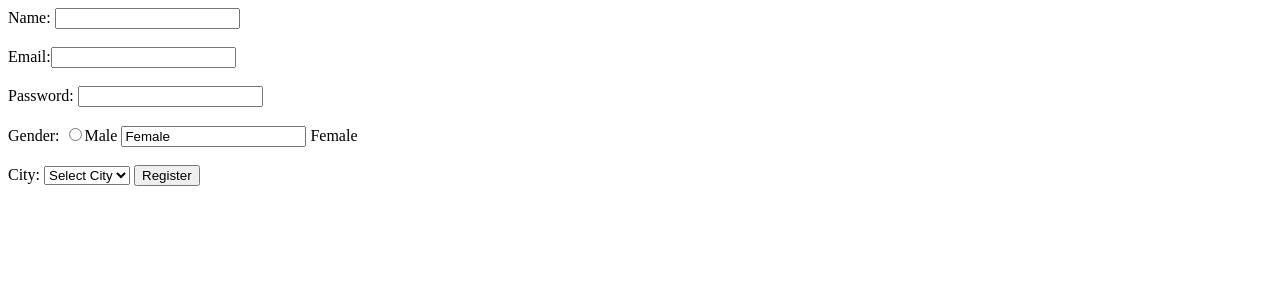
Repository: Ajay9554/javaPrograms
Page: http://localhost/RegisterLogin/
The author's editor kept a copy of each file at every save. The page is drawn from the files as they stood at one save, then again after the next save.
The browser window is 1280 px wide. The pictures show the whole page.
The page is served by Tomcat 9. Other server files are loaded and not shown.

Above is the page before, as saved 2023-10-16 20:41:39.

### eclipse-workspace/aug1pro/RegisterLogin/src/main/webapp/index.jsp
<%@ page language="java" contentType="text/html; charset=UTF-8"
    pageEncoding="UTF-8"%>
<!DOCTYPE html>
<html>
<head>
<meta charset="UTF-8">
<title>Insert title here</title>
</head>
<body>
<form action="regForm" method="post">
Name: <input type="text" name="name"><br><br>
Email:<input type="email" name="email"><br><br>
Password: <input type="password" name="password"><br><br>
Gender: <input type="radio" name="gender" value="Male">Male <input type="redio" name="gender" value="Female"> Female <br><br>
City: <select name="city">
<option>Select City</option>
<option>Delhi</option>
<option>Mumbai</option>
<option>Pune</option>
<option>Banglore</option>

</select>
<input type="submit" value="Register">


</form>



</body>
</html>

After the next save:
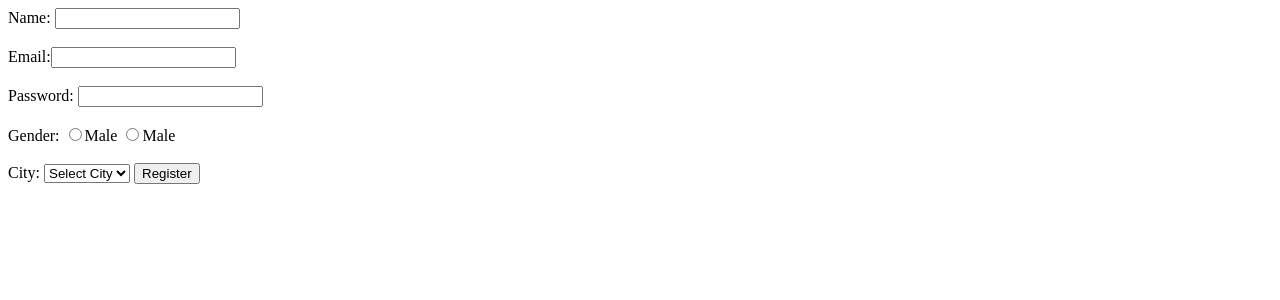
Saved 117 s later.
--- a/eclipse-workspace/aug1pro/RegisterLogin/src/main/webapp/index.jsp
+++ b/eclipse-workspace/aug1pro/RegisterLogin/src/main/webapp/index.jsp
@@ -11,7 +11,7 @@
 Name: <input type="text" name="name"><br><br>
 Email:<input type="email" name="email"><br><br>
 Password: <input type="password" name="password"><br><br>
-Gender: <input type="radio" name="gender" value="Male">Male <input type="redio" name="gender" value="Female"> Female <br><br>
+Gender: <input type="radio" name="gender" value="Male">Male   <input type="radio" name="gender" value="Male">Male <br><br>
 City: <select name="city">
 <option>Select City</option>
 <option>Delhi</option>
